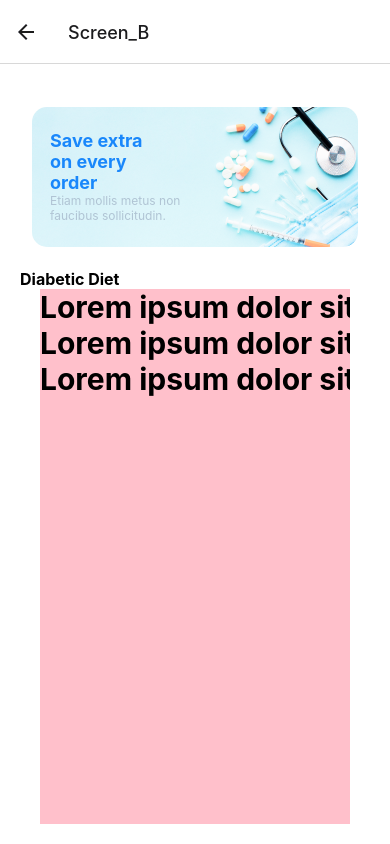
Repository: ntu34543/designReactNative
Screen: /Screen_B
An editor plug-in stored every save of this project. The screen is shown before and after a run of saves, followed by the edit.
The app was drawn by React Native's web renderer in a window 390 px wide. The project was rebuilt for these pictures with package versions that can differ from the ones it lists, and the page was loaded fresh each time.

Above is the screen before, as saved 2022-10-21 14:39:17.

After the next 2 saves:
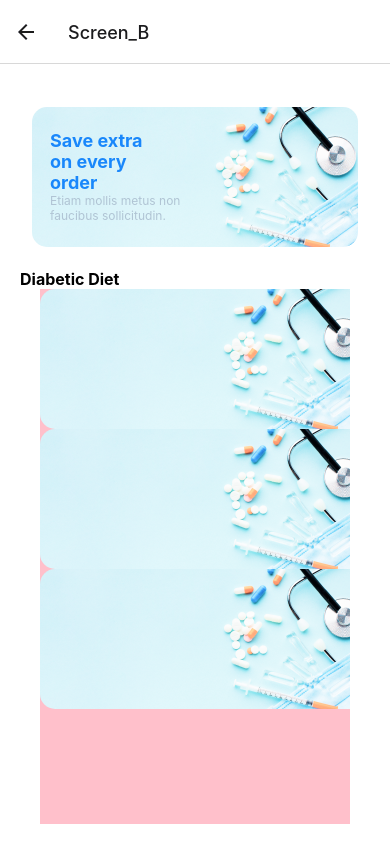
The 2 saves are shown as one change because they came seconds apart.
The last was saved 44 s later.
--- a/page/DiabetesCare.js
+++ b/page/DiabetesCare.js
@@ -1,5 +1,12 @@
 import { StatusBar } from "expo-status-bar";
-import { StyleSheet, Text, View, Pressable, Image, ScrollView } from "react-native";
+import {
+  StyleSheet,
+  Text,
+  View,
+  Pressable,
+  Image,
+  ScrollView,
+} from "react-native";
 
 export default function ScreenB({ navigation }) {
   const onPressHandler = () => {
@@ -25,18 +32,18 @@ export default function ScreenB({ navigation }) {
       <View style={styles.topPro}>
         <Text style={styles.title3}>Diabetic Diet</Text>
         <ScrollView style={styles.scrollView}>
-          <Text style={styles.text}>
-            Lorem ipsum dolor sit amet, consectetur adipiscing elit, sed do
-            eiusmod tempor incididunt ut labore et dolore magna aliqua.
-          </Text>
-          <Text style={styles.text}>
-            Lorem ipsum dolor sit amet, consectetur adipiscing elit, sed do
-            eiusmod tempor incididunt ut labore et dolore magna aliqua.
-          </Text>
-          <Text style={styles.text}>
-            Lorem ipsum dolor sit amet, consectetur adipiscing elit, sed do
-            eiusmod tempor incididunt ut labore et dolore magna aliqua.
-          </Text>
+          <Image
+            style={styles.image}
+            source={require("../assets/img/banner.png")}
+          />
+          <Image
+            style={styles.image}
+            source={require("../assets/img/banner.png")}
+          />
+          <Image
+            style={styles.image}
+            source={require("../assets/img/banner.png")}
+          />
         </ScrollView>
       </View>
     </View>
@@ -90,7 +97,7 @@ const styles = StyleSheet.create({
     fontWeight: "bold",
   },
   scrollView: {
-    backgroundColor: 'pink',
+    backgroundColor: "pink",
     marginHorizontal: 20,
     flexDirection: "row",
   },
